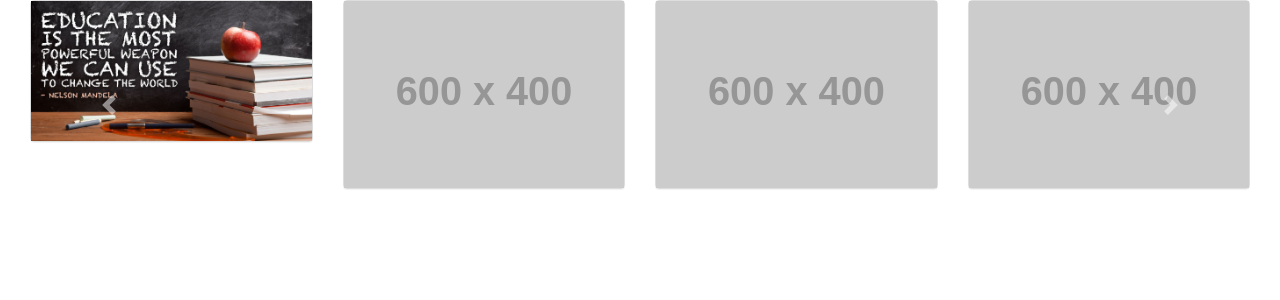
Repository: isranivishal/TsecCodestorm
Page: slider.html
These files come from the project's save history. The page is drawn as it stood at one moment and after the next save; the edit follows.
The browser window is 1280 px wide. The pictures show the whole page.
Some web libraries are served in a nearby version.

Above is the page before, as saved 2018-09-21 19:06:26.

### slider.html
<!Doctype HTML>
<html>
    <head>
            <link rel="stylesheet" href="https://maxcdn.bootstrapcdn.com/bootstrap/4.0.0/css/bootstrap.min.css" integrity="sha384-Gn5384xqQ1aoWXA+058RXPxPg6fy4IWvTNh0E263XmFcJlSAwiGgFAW/dAiS6JXm" crossorigin="anonymous">
            <script src="https://code.jquery.com/jquery-3.2.1.slim.min.js" integrity="sha384-KJ3o2DKtIkvYIK3UENzmM7KCkRr/rE9/Qpg6aAZGJwFDMVNA/GpGFF93hXpG5KkN" crossorigin="anonymous"></script>
            <script src="https://cdnjs.cloudflare.com/ajax/libs/popper.js/1.12.9/umd/popper.min.js" integrity="sha384-ApNbgh9B+Y1QKtv3Rn7W3mgPxhU9K/ScQsAP7hUibX39j7fakFPskvXusvfa0b4Q" crossorigin="anonymous"></script>
            <script src="https://maxcdn.bootstrapcdn.com/bootstrap/4.0.0/js/bootstrap.min.js" integrity="sha384-JZR6Spejh4U02d8jOt6vLEHfe/JQGiRRSQQxSfFWpi1MquVdAyjUar5+76PVCmYl" crossorigin="anonymous"></script>
            <link rel="stylesheet" href="https://maxcdn.bootstrapcdn.com/bootstrap/3.3.7/css/bootstrap.min.css">
            <script src="https://ajax.googleapis.com/ajax/libs/jquery/3.3.1/jquery.min.js"></script>
            <script src="https://maxcdn.bootstrapcdn.com/bootstrap/3.3.7/js/bootstrap.min.js"></script>
            <link rel="stylesheet" href="https://cdnjs.cloudflare.com/ajax/libs/animate.css/3.5.2/animate.min.css">
        <style>
            @media (min-width: 768px) {

            /* show 3 items */
            .carousel-inner .active,
            .carousel-inner .active + .carousel-item,
            .carousel-inner .active + .carousel-item + .carousel-item,
            .carousel-inner .active + .carousel-item + .carousel-item + .carousel-item  {
                display: block;
            }

            .carousel-inner .carousel-item.active:not(.carousel-item-right):not(.carousel-item-left),
            .carousel-inner .carousel-item.active:not(.carousel-item-right):not(.carousel-item-left) + .carousel-item,
            .carousel-inner .carousel-item.active:not(.carousel-item-right):not(.carousel-item-left) + .carousel-item + .carousel-item,
            .carousel-inner .carousel-item.active:not(.carousel-item-right):not(.carousel-item-left) + .carousel-item + .carousel-item + .carousel-item {
                transition: none;
            }

            .carousel-inner .carousel-item-next,
            .carousel-inner .carousel-item-prev {
            position: relative;
            transform: translate3d(0, 0, 0);
            }

            .carousel-inner .active.carousel-item + .carousel-item + .carousel-item + .carousel-item + .carousel-item {
                position: absolute;
                top: 0;
                right: -25%;
                z-index: -1;
                display: block;
                visibility: visible;
            }

            /* left or forward direction */
            .active.carousel-item-left + .carousel-item-next.carousel-item-left,
            .carousel-item-next.carousel-item-left + .carousel-item,
            .carousel-item-next.carousel-item-left + .carousel-item + .carousel-item,
            .carousel-item-next.carousel-item-left + .carousel-item + .carousel-item + .carousel-item,
            .carousel-item-next.carousel-item-left + .carousel-item + .carousel-item + .carousel-item + .carousel-item {
                position: relative;
                transform: translate3d(-100%, 0, 0);
                visibility: visible;
            }

            /* farthest right hidden item must be abso position for animations */
            .carousel-inner .carousel-item-prev.carousel-item-right {
                position: absolute;
                top: 0;
                left: 0;
                z-index: -1;
                display: block;
                visibility: visible;
            }

            /* right or prev direction */
            .active.carousel-item-right + .carousel-item-prev.carousel-item-right,
            .carousel-item-prev.carousel-item-right + .carousel-item,
            .carousel-item-prev.carousel-item-right + .carousel-item + .carousel-item,
            .carousel-item-prev.carousel-item-right + .carousel-item + .carousel-item + .carousel-item,
            .carousel-item-prev.carousel-item-right + .carousel-item + .carousel-item + .carousel-item + .carousel-item {
                position: relative;
                transform: translate3d(100%, 0, 0);
                visibility: visible;
                display: block;
                visibility: visible;
            }

            }

            /* Bootstrap Lightbox using Modal */

            #profile-grid { overflow: auto; white-space: normal; }
            #profile-grid .profile { padding-bottom: 40px; }
            #profile-grid .panel { padding: 0 }
            #profile-grid .panel-body { padding: 15px }
            #profile-grid .profile-name { font-weight: bold; }
            #profile-grid .thumbnail {margin-bottom:6px;}
            #profile-grid .panel-thumbnail { overflow: hidden; }
            #profile-grid .img-rounded { border-radius: 4px 4px 0 0;}
        </style>
        <script>
            $('#carouselExample').on('slide.bs.carousel', function (e) {


            var $e = $(e.relatedTarget);
            var idx = $e.index();
            var itemsPerSlide = 4;
            var totalItems = $('.carousel-item').length;

            if (idx >= totalItems-(itemsPerSlide-1)) {
                var it = itemsPerSlide - (totalItems - idx);
                for (var i=0; i<it; i++) {
                    // append slides to end
                    if (e.direction=="left") {
                        $('.carousel-item').eq(i).appendTo('.carousel-inner');
                    }
                    else {
                        $('.carousel-item').eq(0).appendTo('.carousel-inner');
                    }
                }
            }
            });


            $('#carouselExample').carousel({
                        interval: 2000
            });


            $(document).ready(function() {
            /* show lightbox when clicking a thumbnail */
            $('a.thumb').click(function(event){
            event.preventDefault();
            var content = $('.modal-body');
            content.empty();
                var title = $(this).attr("title");
                $('.modal-title').html(title);
                content.html($(this).html());
                $(".modal-profile").modal({show:true});
            });

            });
        </script>
    </head>

    <body>
            <div class="container-fluid">
                    <div id="carouselExample" class="carousel slide" data-ride="carousel" data-interval="9000">
                        <div class="carousel-inner row w-100 mx-auto" role="listbox">
                            <div class="carousel-item col-md-3  active">
                               <div class="panel panel-default">
                                  <div class="panel-thumbnail">
                                    <a href="#" title="image 1" class="thumb">
                                      <img class="img-fluid mx-auto d-block" src="education.jpg" alt="slide 1">
                                    </a>
                                  </div>
                                </div>
                            </div>
                            <div class="carousel-item col-md-3 ">
                               <div class="panel panel-default">
                                  <div class="panel-thumbnail">
                                    <a href="#" title="image 3" class="thumb">
                                     <img class="img-fluid mx-auto d-block" src="//via.placeholder.com/600x400?text=2" alt="slide 2">
                                    </a>
                                  </div>
                                </div>
                            </div>
                            <div class="carousel-item col-md-3 ">
                               <div class="panel panel-default">
                                  <div class="panel-thumbnail">
                                    <a href="#" title="image 4" class="thumb">
                                     <img class="img-fluid mx-auto d-block" src="//via.placeholder.com/600x400?text=3" alt="slide 3">
                                    </a>
                                  </div>
                                </div>
                            </div>
                            <div class="carousel-item col-md-3 ">
                                <div class="panel panel-default">
                                  <div class="panel-thumbnail">
                                    <a href="#" title="image 5" class="thumb">
                                     <img class="img-fluid mx-auto d-block" src="//via.placeholder.com/600x400?text=4" alt="slide 4">
                                    </a>
                                  </div>
                                </div>
                            </div>
                            <div class="carousel-item col-md-3 ">
                              <div class="panel panel-default">
                                  <div class="panel-thumbnail">
                                    <a href="#" title="image 6" class="thumb">
                                      <img class="img-fluid mx-auto d-block" src="//via.placeholder.com/600x400?text=5" alt="slide 5">
                                    </a>
                                  </div>
                                </div>
                            </div>
                            <div class="carousel-item col-md-3 ">
                               <div class="panel panel-default">
                                  <div class="panel-thumbnail">
                                    <a href="#" title="image 7" class="thumb">
                                      <img class="img-fluid mx-auto d-block" src="//via.placeholder.com/600x400?text=6" alt="slide 6">
                                    </a>
                                  </div>
                                </div>
                            </div>
                            <div class="carousel-item col-md-3 ">
                               <div class="panel panel-default">
                                  <div class="panel-thumbnail">
                                    <a href="#" title="image 8" class="thumb">
                                      <img class="img-fluid mx-auto d-block" src="//via.placeholder.com/600x400?text=7" alt="slide 7">
                                    </a>
                                  </div>
                                </div>
                            </div>
                             <div class="carousel-item col-md-3  ">
                                <div class="panel panel-default">
                                  <div class="panel-thumbnail">
                                    <a href="#" title="image 2" class="thumb">
                                     <img class="img-fluid mx-auto d-block" src="//via.placeholder.com/600x400?text=8" alt="slide 8">
                                    </a>
                                  </div>

                                </div>
                            </div>
                        </div>
                        <a class="carousel-control-prev" href="#carouselExample" role="button" data-slide="prev">
                            <span class="carousel-control-prev-icon" aria-hidden="true"></span>
                            <span class="sr-only">Previous</span>
                        </a>
                        <a class="carousel-control-next text-faded" href="#carouselExample" role="button" data-slide="next">
                            <span class="carousel-control-next-icon" aria-hidden="true"></span>
                            <span class="sr-only">Next</span>
                        </a>
                    </div>
                </div>
    </body>
</html>

After the next save:
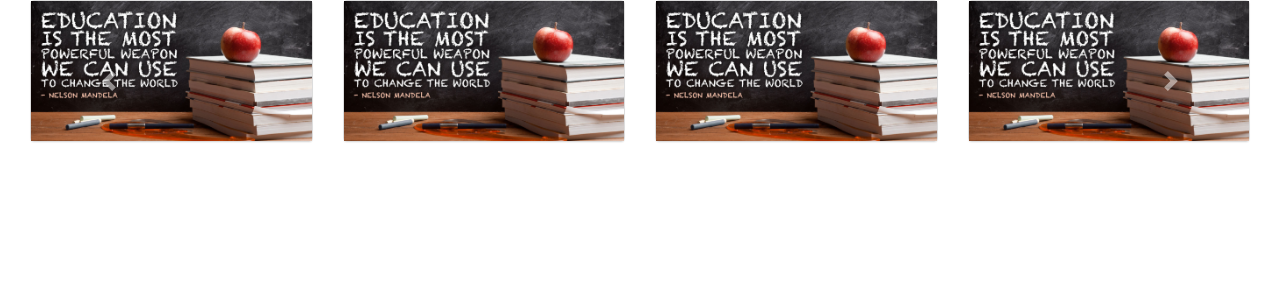
Saved 2 min 11 s later.
--- a/slider.html
+++ b/slider.html
@@ -151,7 +151,7 @@
                                <div class="panel panel-default">
                                   <div class="panel-thumbnail">
                                     <a href="#" title="image 3" class="thumb">
-                                     <img class="img-fluid mx-auto d-block" src="//via.placeholder.com/600x400?text=2" alt="slide 2">
+                                     <img class="img-fluid mx-auto d-block" src="education.jpg" alt="slide 2">
                                     </a>
                                   </div>
                                 </div>
@@ -160,7 +160,7 @@
                                <div class="panel panel-default">
                                   <div class="panel-thumbnail">
                                     <a href="#" title="image 4" class="thumb">
-                                     <img class="img-fluid mx-auto d-block" src="//via.placeholder.com/600x400?text=3" alt="slide 3">
+                                     <img class="img-fluid mx-auto d-block" src="education.jpg" alt="slide 3">
                                     </a>
                                   </div>
                                 </div>
@@ -169,7 +169,7 @@
                                 <div class="panel panel-default">
                                   <div class="panel-thumbnail">
                                     <a href="#" title="image 5" class="thumb">
-                                     <img class="img-fluid mx-auto d-block" src="//via.placeholder.com/600x400?text=4" alt="slide 4">
+                                     <img class="img-fluid mx-auto d-block" src="education.jpg" alt="slide 4">
                                     </a>
                                   </div>
                                 </div>
@@ -178,7 +178,7 @@
                               <div class="panel panel-default">
                                   <div class="panel-thumbnail">
                                     <a href="#" title="image 6" class="thumb">
-                                      <img class="img-fluid mx-auto d-block" src="//via.placeholder.com/600x400?text=5" alt="slide 5">
+                                      <img class="img-fluid mx-auto d-block" src="education.jpg" alt="slide 5">
                                     </a>
                                   </div>
                                 </div>
@@ -187,7 +187,7 @@
                                <div class="panel panel-default">
                                   <div class="panel-thumbnail">
                                     <a href="#" title="image 7" class="thumb">
-                                      <img class="img-fluid mx-auto d-block" src="//via.placeholder.com/600x400?text=6" alt="slide 6">
+                                      <img class="img-fluid mx-auto d-block" src="education.jpg" alt="slide 6">
                                     </a>
                                   </div>
                                 </div>
@@ -196,7 +196,7 @@
                                <div class="panel panel-default">
                                   <div class="panel-thumbnail">
                                     <a href="#" title="image 8" class="thumb">
-                                      <img class="img-fluid mx-auto d-block" src="//via.placeholder.com/600x400?text=7" alt="slide 7">
+                                      <img class="img-fluid mx-auto d-block" src="education.jpg" alt="slide 7">
                                     </a>
                                   </div>
                                 </div>
@@ -205,7 +205,7 @@
                                 <div class="panel panel-default">
                                   <div class="panel-thumbnail">
                                     <a href="#" title="image 2" class="thumb">
-                                     <img class="img-fluid mx-auto d-block" src="//via.placeholder.com/600x400?text=8" alt="slide 8">
+                                     <img class="img-fluid mx-auto d-block" src="education.jpg" alt="slide 8">
                                     </a>
                                   </div>
 
